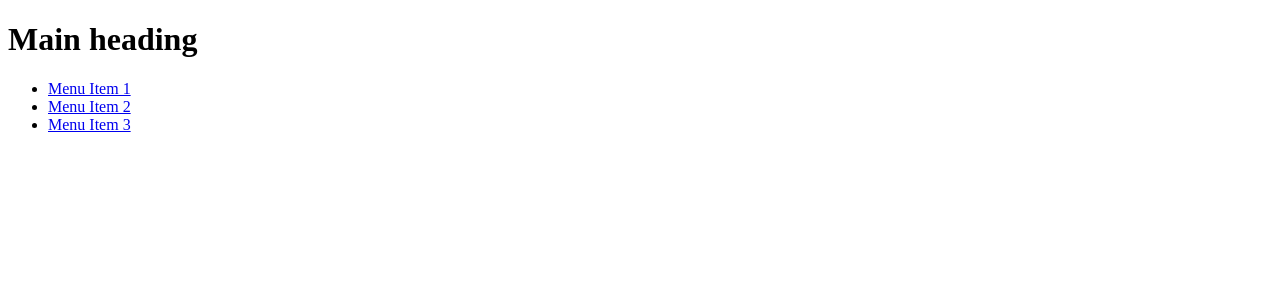
Repository: lasity34/first_layout
Page: index.html
An editor plug-in stored every save of this project. The page is shown before and after the next save, followed by the edit.
The browser window is 1280 px wide. The pictures show the whole page.

Above is the page before, as saved 2023-03-06 10:08:04.

### index.html
<!DOCTYPE html>
<html lang="en">
<head>
    <meta charset="UTF-8">
    <meta http-equiv="X-UA-Compatible" content="IE=edge">
    <meta name="viewport" content="width=device-width, initial-scale=1.0">
    <title>Document</title>
    <style></style>
</head>
<body>
    <div class="container">
        <div class="header">
            <h1>Main heading</h1>
            <ul class="menu">
                <li><a href="#">Menu Item 1</a></li>
                <li><a href="#">Menu Item 2</a></li>
                <li><a href="#">Menu Item 3</a></li>
            </ul>
        </div>
        <div class="main">
            <div class="side-bar">

            </div>
            <div class="content">

            </div>
        </div>
        <div class="footer"></div>
    </div>
</body>
</html>

After the next save:
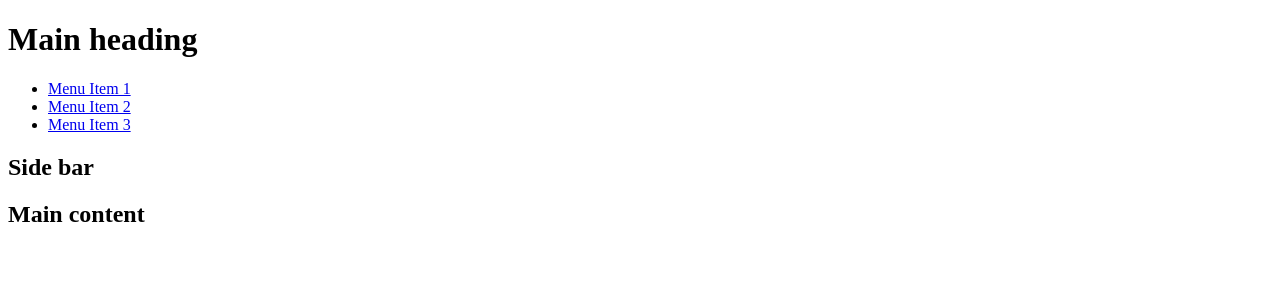
Saved 94 s later.
--- a/index.html
+++ b/index.html
@@ -19,10 +19,10 @@
         </div>
         <div class="main">
             <div class="side-bar">
-
+                <h2>Side bar</h2>
             </div>
             <div class="content">
-
+                <h2>Main content</h2>
             </div>
         </div>
         <div class="footer"></div>
